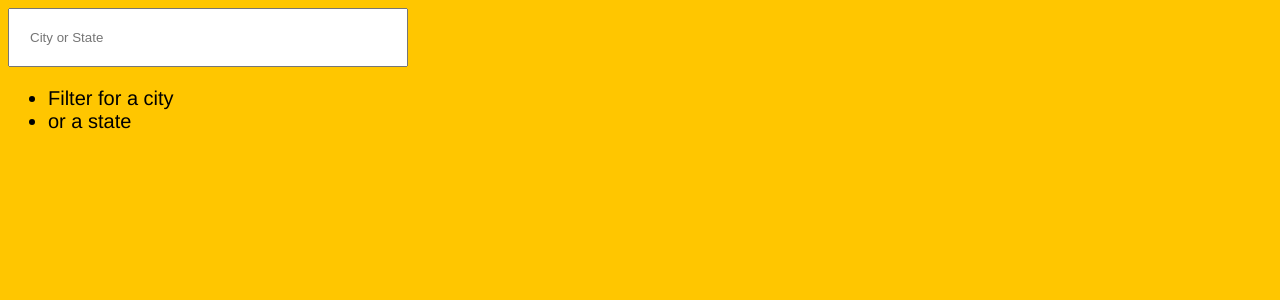
Repository: Saieebawake/Type-Ahead-City-or-State-Search
Page: index.html
An editor plug-in stored every save of this project. The page is shown before and after the next save, followed by the edit.
The browser window is 1280 px wide. The pictures show the whole page.
The page's requests for data from a server got no answer.

Above is the page before, as saved 2026-09-27 20:35:00.

### index.html
<!DOCTYPE html>
<html lang="en">
<head>
    <meta charset="UTF-8">
    <meta name="viewport" content="width=device-width, initial-scale=1.0">
    <title>Type Ahead</title>
    <link rel="stylesheet" href="style.css">
</head>
<body>
    <form class="search-form">
        <input type="text" class="search" placeholder="City or State">
        <ul class="suggestions">
            <li>Filter for a city</li>
            <li>or a state</li>
        </ul>
    </form>
    <script src="script.js"></script>
</body>
</html>

### style.css
html {
    box-sizing: border-box;
    background: #ffc600;
    font-family: 'helvetica neue';
    font-size: 20px;
    font-weight: 200;
}

*, *:before, *:after {
    box-sizing: inherit;
}

input {
    width: 100%;
    padding: 20px;
}

.search-form {
    max-width: 400px;
    margin:
}

### script.js
const endpoint = 'https://gist.githubusercontent.com/Miserlou/c5cd8364bf9b2420bb29/raw/2bf258763cdddd704f8ffd3ea9a3e81d25e2c6f6/cities.json'

const cities = [];

fetch(endpoint)
.then(blob => blob.json())
.then(data => cities.push(...data))

function findMatches(wordToMatch, cities) {
    return cities.filter(place => {
        const regex = new RegExp(wordToMatch, 'gi');
        return place.city.match(regex) || place.state.match(regex)
    });
}

function numberWithCommas(x) {
    return x.toString().replace(/|B(?=(\d{3})+(?!\d))/g, ',');
}

function displayMatches() {
    const matchArray = findMatches(this.value, cities);
    const html = matchArray.map(place => {
        const regex = new RegExp(this.value, 'gi');
        const cityName = place.city.replace(regex,`<span class="hl">${this.value}</span>`);
        const stateName = place.state.replace(regex,`<span class="hl">${this.value}</span>`);
        return `
        <li>
        <span class="name">${cityName}, ${stateName}</span>
        <span class="population">${numberWithCommas(place.population)}</span>
        </li>`;
    }).join('');
    suggestions.innerHTML = html;
}

const searchInput = document.querySelector('.search');
const suggestions = document.querySelector('.suggestions');

searchInput.addEventListener('change', displayMatches);
searchInput.addEventListener('keyup', displayMatches);

After the next save:
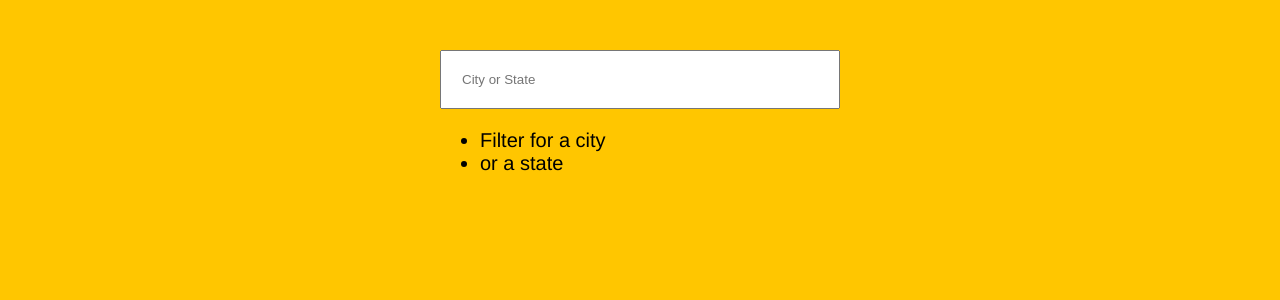
Saved 4 s later.
--- a/style.css
+++ b/style.css
@@ -17,5 +17,5 @@ input {
 
 .search-form {
     max-width: 400px;
-    margin:
+    margin: 50px auto;
 }
